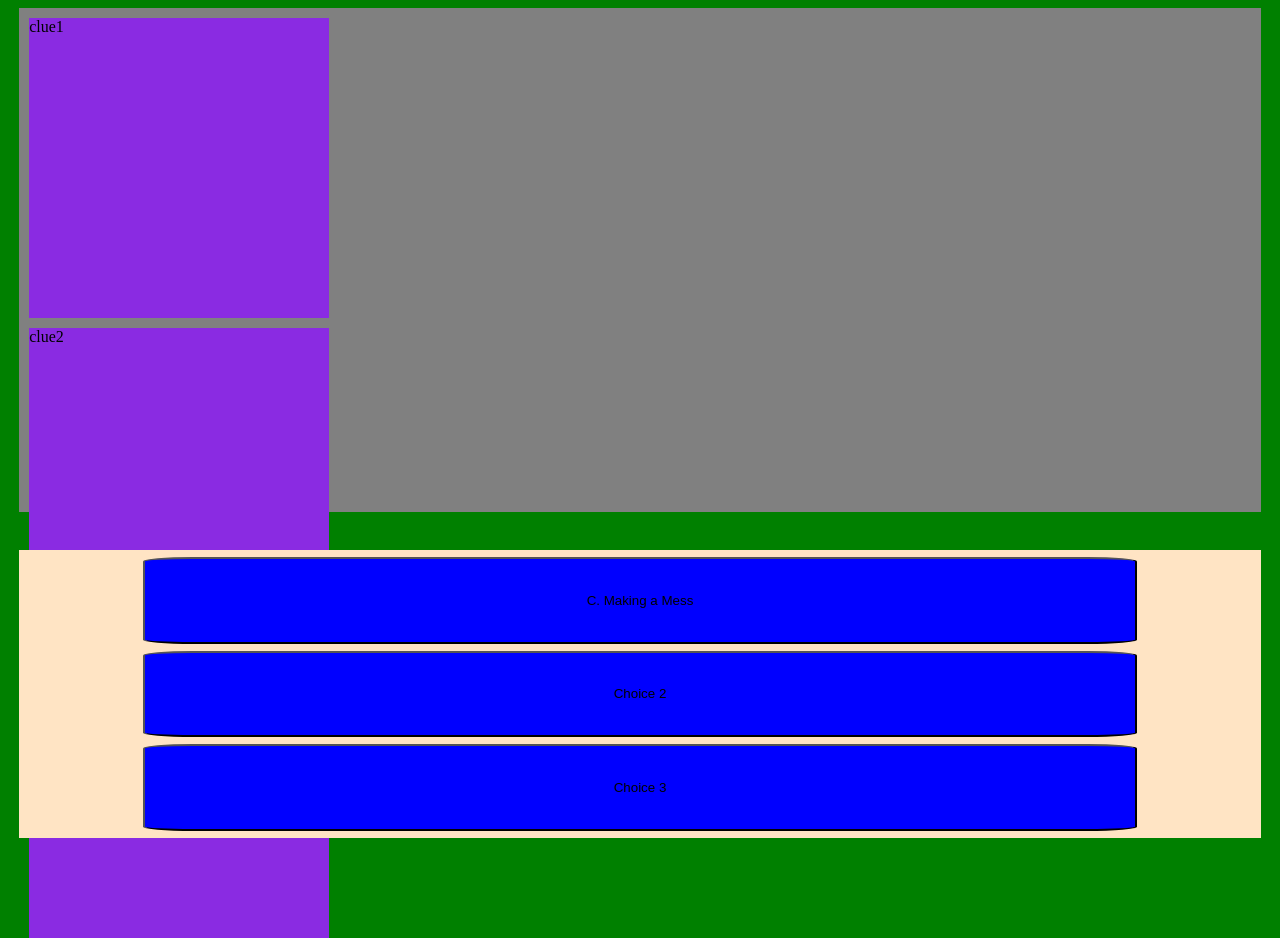
Repository: nguyenlejoe/Dynamic_notSoSherlock
Page: Alex Inductive Thinking/MultiChoice.html
These files come from the project's save history. The page is drawn as it stood at one moment and after the next save; the edit follows.
The browser window is 1280 px wide. The pictures show the whole page.

Above is the page before, as saved 2020-03-05 20:37:30.

After the next save:
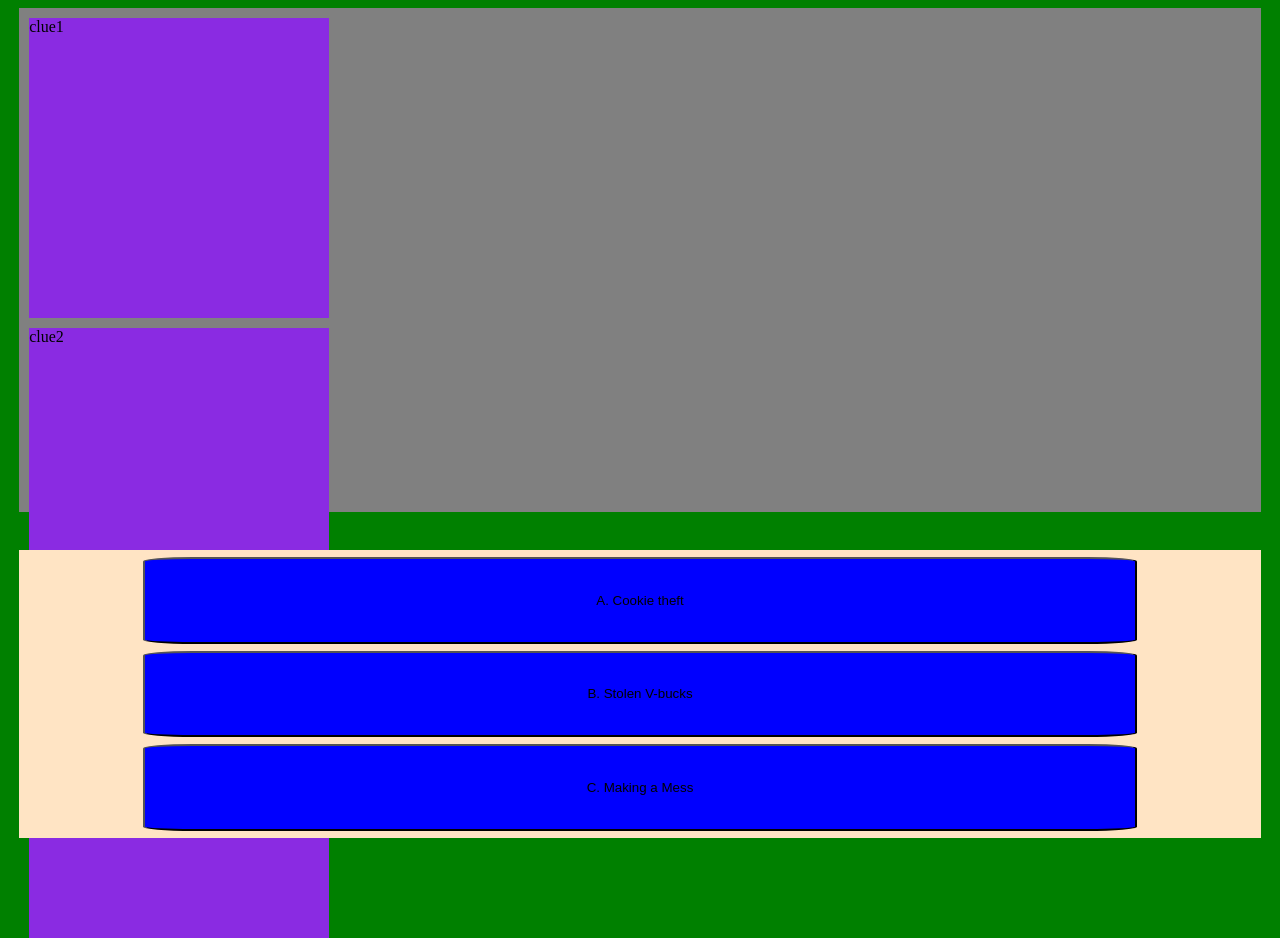
Saved 13 s later.
--- a/Alex Inductive Thinking/MultiChoice.js
+++ b/Alex Inductive Thinking/MultiChoice.js
@@ -43,8 +43,8 @@ var Clues =[
 
 function addChoices(){
     document.querySelector("#buttonA").innerHTML =  Clues[0].multiChoice[0];
-    document.querySelector("#buttonA").innerHTML =  Clues[0].multiChoice[1];
-    document.querySelector("#buttonA").innerHTML =  Clues[0].multiChoice[2];
+    document.querySelector("#buttonB").innerHTML =  Clues[0].multiChoice[1];
+    document.querySelector("#buttonC").innerHTML =  Clues[0].multiChoice[2];
 }
 
 addChoices();
